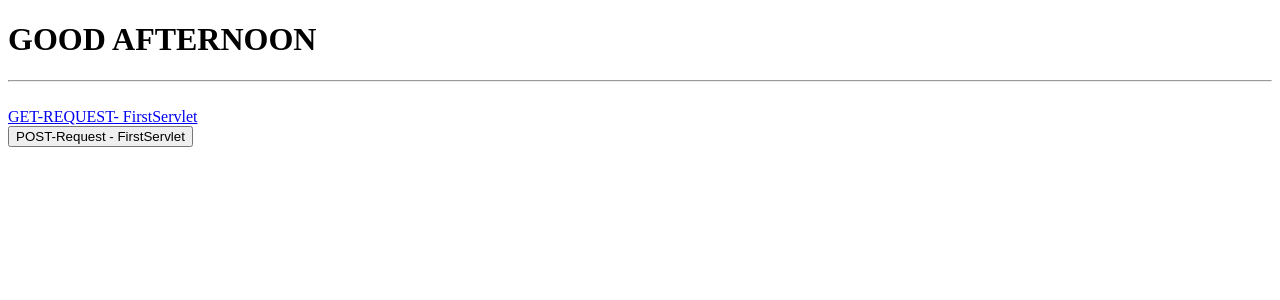
Repository: sunbeam-modular/IIT-08-B-Java
Page: Day06/codes/day1/secondapp/src/main/webapp/index.html
The author's editor kept a copy of each file at every save. The page is drawn from the files as they stood at one save, then again after the next save.
The browser window is 1280 px wide. The pictures show the whole page.

Above is the page before, as saved 2025-12-22 10:09:42.

After the next save:
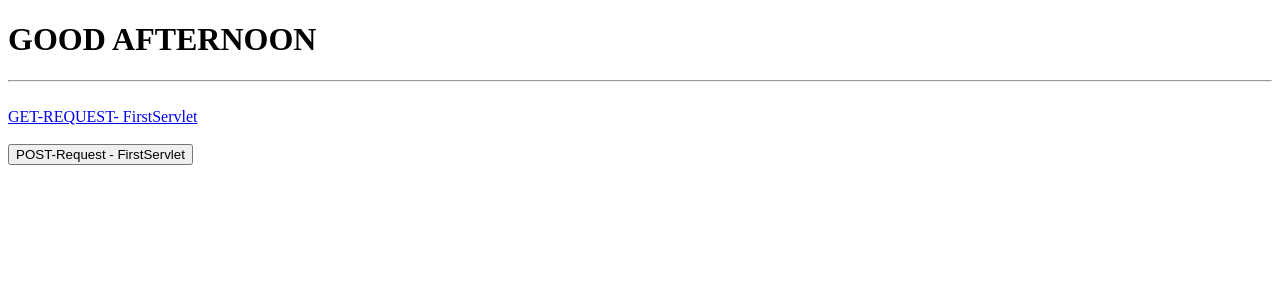
Saved 9 s later.
--- a/Day06/codes/day1/secondapp/src/main/webapp/index.html
+++ b/Day06/codes/day1/secondapp/src/main/webapp/index.html
@@ -10,9 +10,10 @@
 <br/>
 <div>
 <a href = "first">GET-REQUEST- FirstServlet</a>
-<br/>
+
 </div>
 <div>
+<br/>
 <form method = "post" action = "first">
 <input type = "submit" value = "POST-Request - FirstServlet"/>
 </form>
